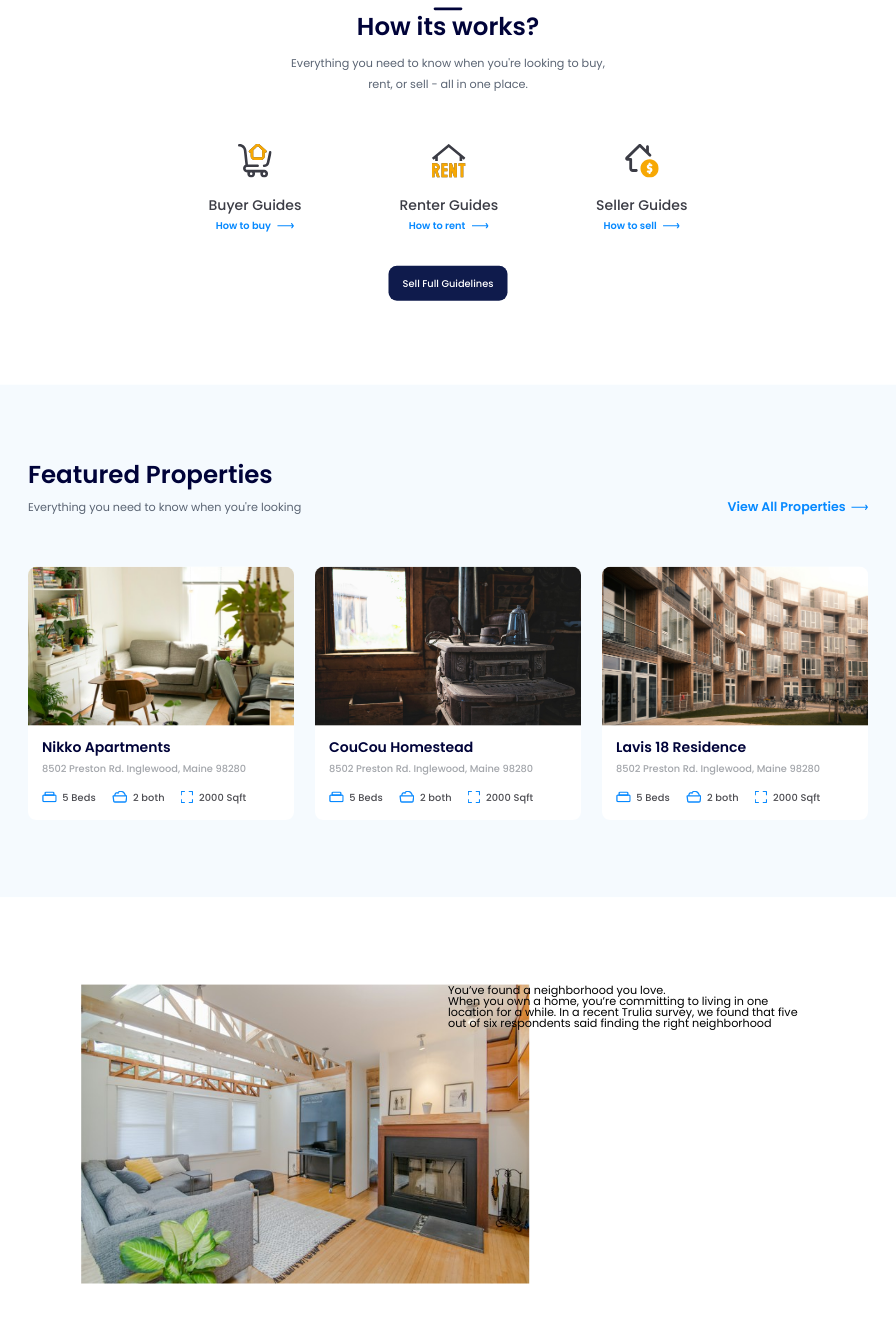
Repository: Tibi2003/f8-htmlcss-01
Page: index.html
An editor plug-in stored every save of this project. The page is shown before and after the next save, followed by the edit.
The browser window is 1280 px wide. The pictures show the part of the page from y = 1481 to 3401 px (the page is 3368 px tall before and 3401 px after), at 70% of full size.
A picture or video elsewhere on the page could not be fetched, so the positions and the page height are approximate.

Above is the page before, as saved 2024-02-24 14:25:41.

### index.html
<!DOCTYPE html>
<html lang="en">
	<head>
		<meta charset="UTF-8" />
		<meta name="viewport" content="width=device-width, initial-scale=1.0" />
		<title>F8 Project 01</title>
		<link rel="stylesheet" href="./assets/css/reset.css" />
		<link rel="preconnect" href="https://fonts.googleapis.com" />
		<link rel="preconnect" href="https://fonts.gstatic.com" crossorigin />
		<link
			href="https://fonts.googleapis.com/css2?family=Poppins:wght@400;500;600;700&display=swap"
			rel="stylesheet" />
		<!-- <link rel="stylesheet" href="./assets/fonts/stylesheet.css" /> -->
		<link rel="stylesheet" href="./assets/css/styles.css" />
	</head>
	<body>
		<main>
			<!-- Header -->
			<header class="header">
				<div class="content">
					<nav class="navbar">
						<!-- Logo -->
						<img src="./assets/img/logo.svg" alt="Besnik." />
						<!-- Navigation -->
						<ul>
							<li><a href="#!">Home</a></li>
							<li><a href="#!">Features</a></li>
							<li><a href="#!">Services</a></li>
							<li><a href="#!">Resources</a></li>
							<li><a href="#!">Contact</a></li>
						</ul>
						<!-- Action -->
						<div class="actions">
							<a href="#!" class="action-link">Sign in</a>
							<a href="#!" class="btn action-btn">Sign up</a>
						</div>
					</nav>

					<div class="hero">
						<div class="info">
							<p class="sub-title">Welcome to Besnik Agency</p>
							<h1 class="title">
								Discover a place you'll love to live.
							</h1>
							<p class="desc">
								Get the best real estate deals first, before
								they hit the mass market! HOT FORECLOSURE DEALS
								with one simple search.
							</p>
							<!-- Call to action -->
							<a href="" class="btn hero-cta">More About Us</a>
						</div>

						<img
							src="./assets/img/hero-img.svg"
							alt="Discover a place you'll love to live."
							class="hero-img" />
					</div>
				</div>
			</header>

			<!-- Clients -->
			<div class="clients">
				<div class="content">
					<div class="row">
						<!-- Logo -->
						<img src="./assets/img/logo.svg" alt="Besnik." />

						<!-- Stars -->
						<div class="stars">
							<img src="./assets/img/star.svg" alt="Star" />
							<img src="./assets/img/star.svg" alt="Star" />
							<img src="./assets/img/star.svg" alt="Star" />
							<img src="./assets/img/star.svg" alt="Star" />
							<img src="./assets/img/star.svg" alt="Star" />
						</div>
					</div>
					<div class="row row-desc">
						<p class="desc">
							More than 45,000+ companies trust besnik
						</p>
						<p class="desc">5 Star Ratings (2k+ Review)</p>
					</div>
					<div class="images">
						<img src="./assets/img/client-1.svg" alt="MeUndies" />
						<img src="./assets/img/client-2.svg" alt="slack" />
						<img src="./assets/img/client-3.svg" alt="amazon" />
						<img
							src="./assets/img/client-4.svg"
							alt="WOOCOMMERCE" />
						<img src="./assets/img/client-5.svg" alt="sitepoint" />
					</div>
				</div>
			</div>

			<!-- Guides -->
			<div class="guides">
				<div class="content">
					<h2 class="sub-title">How its works?</h2>
					<p class="desc">
						Everything you need to know when you're looking to buy,
						rent, or sell - all in one place.
					</p>

					<!-- List guide -->
					<ul class="list-guide">
						<li class="guide-item">
							<img
								src="./assets/img/buyer.svg"
								alt="Buyer"
								class="icon" />
							<h3 class="title">Buyer Guides</h3>
							<a href="#!" class="link"
								><span>How to buy</span>
								<img
									src="./assets/img/arrow-right.svg"
									alt="Arrow right"
									class="arrow" />
							</a>
						</li>
						<li class="guide-item">
							<img
								src="./assets/img/renter.svg"
								alt="Renter"
								class="icon" />
							<h3 class="title">Renter Guides</h3>
							<a href="#!" class="link"
								><span>How to rent</span>
								<img
									src="./assets/img/arrow-right.svg"
									alt="Arrow right"
									class="arrow" />
							</a>
						</li>
						<li class="guide-item">
							<img
								src="./assets/img/seller.svg"
								alt="Seller"
								class="icon" />
							<h3 class="title">Seller Guides</h3>
							<a href="#!" class="link"
								><span>How to sell</span>
								<img
									src="./assets/img/arrow-right.svg"
									alt="Arrow right"
									class="arrow" />
							</a>
						</li>
					</ul>

					<div class="guide-cta">
						<a href="#!" class="btn">Sell Full Guidelines</a>
					</div>
				</div>
			</div>

			<!-- Featured -->
			<div class="featured">
				<div class="content">
					<header>
						<h2 class="sub-title">Featured Properties</h2>
						<div class="row">
							<p class="desc">
								Everything you need to know when you're looking
							</p>
							<a href="" class="link"
								><span> View All Properties </span>
								<img
									src="./assets/img/arrow-right.svg"
									alt="Arrow right"
									class="arrow" />
							</a>
						</div>
					</header>

					<div class="list">
						<!-- Featured item 1 -->
						<div class="item">
							<a href="#!">
								<img
									src="./assets/img/featured-1.jpg"
									alt="Nikko Apartments"
									class="thumb" />
							</a>
							<div class="body">
								<h3 class="title">
									<a href="#!">Nikko Apartments</a>
								</h3>
								<p class="desc">
									8502 Preston Rd. Inglewood, Maine 98280
								</p>
								<div class="info">
									<img
										src="./assets/img/beds.svg"
										alt=""
										class="icon" />
									<span class="label">5 Beds</span>

									<img
										src="./assets/img/both.svg"
										alt=""
										class="icon" />
									<span class="label">2 both</span>

									<img
										src="./assets/img/sqft.svg"
										alt=""
										class="icon" />
									<span class="label">2000 Sqft</span>
								</div>
							</div>
						</div>

						<!-- Featured item 2 -->
						<div class="item">
							<a href="#!">
								<img
									src="./assets/img/featured-2.jpg"
									alt="Nikko Apartments"
									class="thumb" />
							</a>
							<div class="body">
								<h3 class="title">
									<a href="#!">CouCou Homestead</a>
								</h3>
								<p class="desc">
									8502 Preston Rd. Inglewood, Maine 98280
								</p>
								<div class="info">
									<img
										src="./assets/img/beds.svg"
										alt=""
										class="icon" />
									<span class="label">5 Beds</span>

									<img
										src="./assets/img/both.svg"
										alt=""
										class="icon" />
									<span class="label">2 both</span>

									<img
										src="./assets/img/sqft.svg"
										alt=""
										class="icon" />
									<span class="label">2000 Sqft</span>
								</div>
							</div>
						</div>

						<!-- Featured item 3 -->
						<div class="item">
							<a href="#!">
								<img
									src="./assets/img/featured-3.jpg"
									alt="Nikko Apartments"
									class="thumb" />
							</a>
							<div class="body">
								<h3 class="title">
									<a href="#!">Lavis 18 Residence</a>
								</h3>
								<p class="desc">
									8502 Preston Rd. Inglewood, Maine 98280
								</p>
								<div class="info">
									<img
										src="./assets/img/beds.svg"
										alt=""
										class="icon" />
									<span class="label">5 Beds</span>

									<img
										src="./assets/img/both.svg"
										alt=""
										class="icon" />
									<span class="label">2 both</span>

									<img
										src="./assets/img/sqft.svg"
										alt=""
										class="icon" />
									<span class="label">2000 Sqft</span>
								</div>
							</div>
						</div>
					</div>
				</div>
			</div>

			<!-- Stats -->
			<div class="stats">
				<div class="content">
					<div class="row">
						<div class="img-block">
							<img
								src="./assets/img/stats-img.jpg"
								alt="You’ve found a neighborhood you love." />
						</div>
						<div class="info">
							<h2 class="sub-title">
								You’ve found a neighborhood you love.
							</h2>
							<p class="desc">
								When you own a home, you’re committing to living
								in one location for a while. In a recent Trulia
								survey, we found that five out of six
								respondents said finding the right neighborhood
							</p>
						</div>
					</div>
				</div>
			</div>
		</main>
	</body>
</html>

### assets/css/styles.css
* {
	box-sizing: border-box;
}

:root {
	--primary-color: #0f1b4c;
}

html {
	font-size: 62.5%;
}

body {
	font-size: 1.6rem;
	font-family: "Poppins", sans-serif;
}

/* Common */
a {
	text-decoration: none;
}

.btn {
	display: inline-block;
	min-width: 98px;
	padding: 18px 16px;
	border-radius: 12px;
	background: var(--primary-color);
	font-size: 1.4rem;
	font-weight: 500;
	text-align: center;
	color: #ffffff;
}

.btn:hover {
	opacity: 0.9;
}

.content {
	width: 1200px;
	max-width: calc(100% - 48px);
	margin-left: auto;
	margin-right: auto;
}

/* Header */
.header {
	position: relative;
	background: #e6f0ff;
	height: 100vh;
}

.navbar {
	display: flex;
	align-items: center;
	padding-top: 38px;
}

.navbar ul {
	display: flex;
	margin-left: 50px;
}

.navbar .actions {
	margin-left: auto;
}

.navbar ul a {
	font-size: 1.4rem;
	font-weight: 500;
	color: #4f5361;
	padding: 8px 14px;
}

.navbar ul a:hover {
	text-decoration: underline;
}

.navbar .action-link {
	font-weight: 500;
	font-size: 1.4rem;
	color: var(--primary-color);
}

.navbar .action-btn {
	padding: 13px 16px;
	margin-left: 18px;
	border-radius: 8px;
}

.hero {
	margin-top: 130px;
}

.hero .info {
	width: 51%;
}

.hero .sub-title {
	font-size: 1.8rem;
	font-weight: 500;
	line-height: 1.5;
	letter-spacing: 0.01em;
	color: #687690;
}

.hero .title {
	margin-top: 8px;
	font-size: 6.4rem;
	font-weight: 700;
	line-height: 1.19;
	color: #000336;
}

.hero .desc {
	margin-top: 30px;
	font-size: 1.8rem;
	font-weight: 400;
	line-height: 1.78;
	color: #5a6473;
}

.hero-cta {
	min-width: 170px;
	margin-top: 40px;
}

.hero-img {
	position: absolute;
	right: 65px;
	bottom: 0;
}

/* Clients */
.clients {
	margin-top: 79px;
	padding: 43px 0 64px;
}

.clients .row {
	display: flex;
	justify-content: space-between;
}

.clients .desc {
	font-size: 1.6rem;
	font-weight: 500;
	line-height: 1.25;
	color: #7d8589;
}

.clients .row-desc {
	margin-top: 23px;
}

.clients .images {
	display: flex;
	justify-content: space-between;
	align-items: center;
	margin-top: 96px;
}

/* Guides */
.guides {
	margin-top: 40px;
	padding: 93px 0 79px;
}

.guides .sub-title {
	position: relative;
	font-size: 3.5rem;
	font-weight: 600;
	line-height: 1;
	text-align: center;
	color: #000339;
}

.guides .sub-title::before {
	position: absolute;
	top: -10px;
	left: 50%;
	transform: translateX(-50%);
	content: "";
	display: inline-block;
	width: 41px;
	height: 4px;
	border-radius: 12px;
	background: #000339;
}

.guides .desc {
	width: 459px;
	max-width: 100%;
	margin: 20px auto 0;
	font-size: 1.6rem;
	font-weight: 400;
	line-height: 1.88;
	text-align: center;
	color: #5a6473;
}

.list-guide {
	display: flex;
	justify-content: center;
	margin-top: 70px;
}

.guide-item {
	margin: 0 70px;
	text-align: center;
}

.guide-item .title {
	margin-top: 26px;
	font-size: 2rem;
	font-weight: 500;
	line-height: 1.1;
	color: #3b3c45;
}

.guide-item .link {
	display: inline-block;
	margin-top: 10px;
	font-size: 1.4rem;
	font-weight: 600;
	color: #0689ff;
}

.guide-item .arrow {
	margin-left: 6px;
}

.guide-cta {
	display: flex;
	justify-content: center;
	margin-top: 50px;
}

.guide-cta .btn {
	min-width: 170px;
}

/* Featured */
.featured {
	margin-top: 41px;
	padding: 110px 0;
	background: #f5fafe;
}

.featured .sub-title {
	font-size: 3.5rem;
	font-weight: 600;
	line-height: 1;
	color: #000339;
}

.featured .row {
	display: flex;
	justify-content: space-between;
	margin-top: 15px;
}

.featured .desc {
	font-size: 1.6rem;
	font-weight: 400;
	line-height: 1.88;
	color: #5a6473;
}

.featured .link {
	display: flex;
	align-items: center;
	font-size: 1.8rem;
	font-weight: 600;
	color: #0689ff;
}

.featured .link .arrow {
	margin-left: 8px;
}

.featured .list {
	display: flex;
	gap: 30px;
	margin-top: 70px;
}

.featured .item {
	flex: 1;
	background: #fff;
	border-radius: 12px;
}

.featured .item .thumb {
	width: 100%;
	height: 227px;
	object-fit: cover;
	border-top-left-radius: 12px;
	border-top-right-radius: 12px;
}

.featured .item .body {
	padding: 17px 20px 24px;
}

.featured .item .title a {
	font-size: 2rem;
	font-weight: 600;
	line-height: 1;
	color: #000339;
}

.featured .item .desc {
	margin-top: 11px;
	font-size: 1.4rem;
	font-weight: 500;
	line-height: 1.5;
	color: #a3a6ab;
}

.featured .item .info {
	display: flex;
	align-items: center;
	margin-top: 21px;
}

.featured .item .icon {
	margin-left: 23px;
}

.featured .item .icon:first-child {
	margin-left: 0;
}

.featured .item .label {
	margin-left: 8px;
	font-size: 1.4rem;
	font-weight: 500;
	letter-spacing: 0.01em;
	color: #4d4d52;
}

/* Stats */
.stats {
	margin-top: 75px;
	padding: 50px 0;
}

.stats .content {
	width: 1048px;
}

.stats .row {
	display: flex;
}

.stats .img-block,
.stats .info {
	width: 50%;
}

Loaded but not shown: assets/css/reset.css (common file)

After the next save:
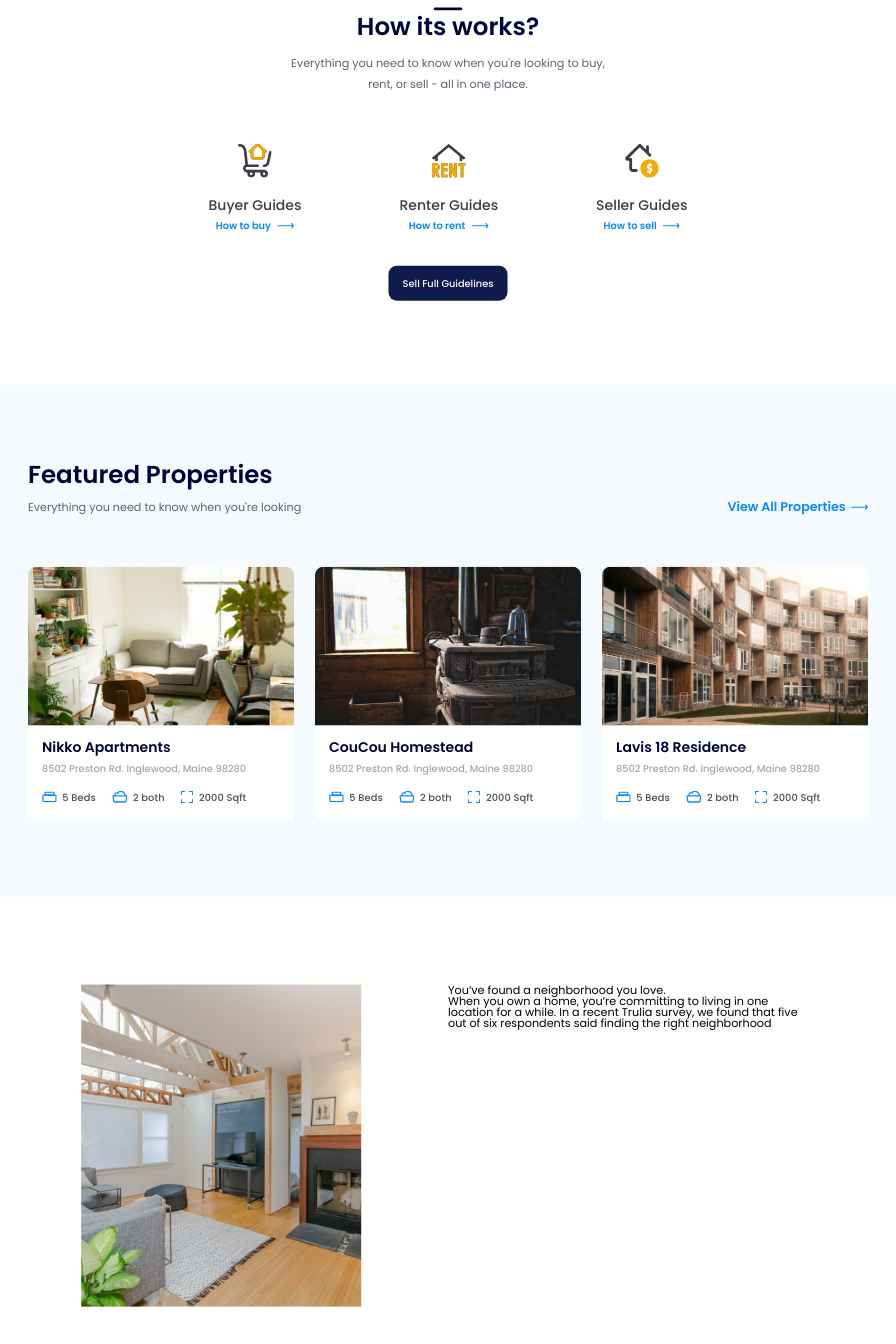
Saved 73 s later.
--- a/assets/css/styles.css
+++ b/assets/css/styles.css
@@ -358,3 +358,9 @@
 .stats .info {
 	width: 50%;
 }
+
+.stats .img-block img {
+	width: 400px;
+	height: 460px;
+	object-fit: cover;
+}
